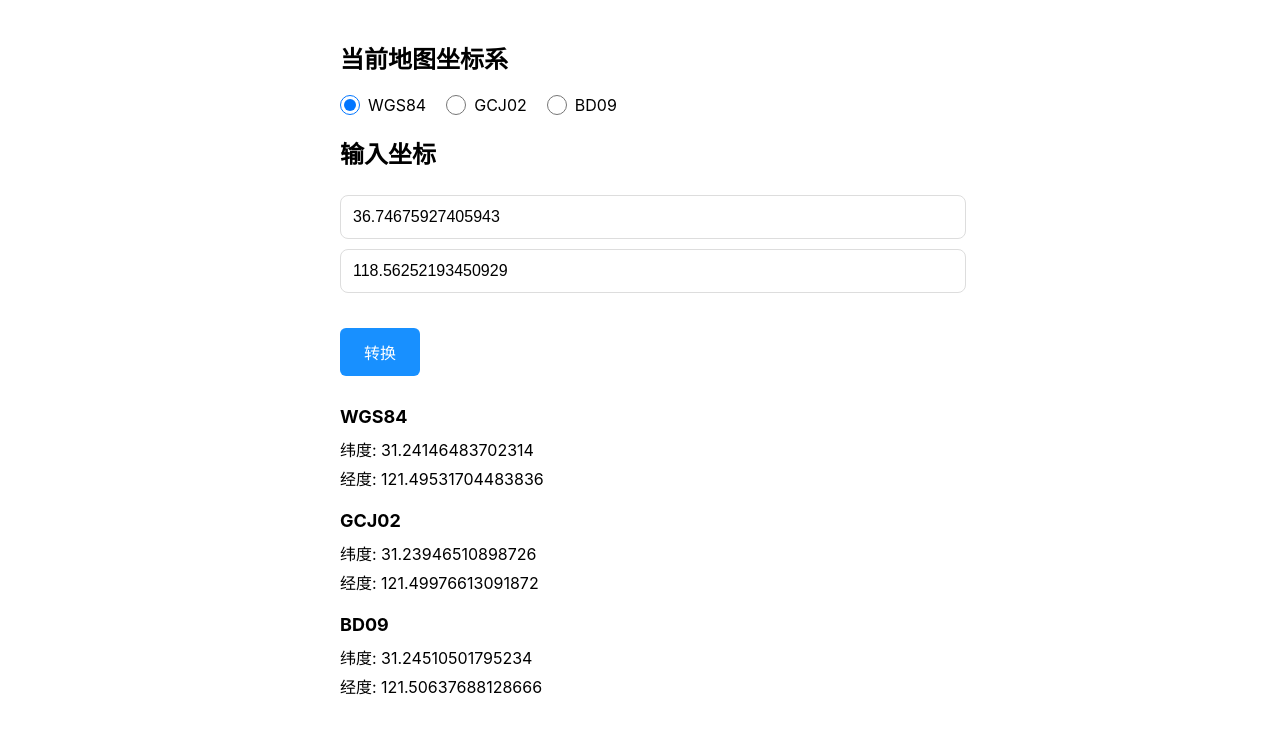
Repository: 1242128273wangpeng/MapTransformTools
Page: popup.html
The author's editor kept a copy of each file at every save. The page is drawn from the files as they stood at one save, then again after the next save.
The browser window is 1280 px wide. The pictures show the whole page.

Above is the page before, as saved 2025-01-19 15:02:26.

After the next save:
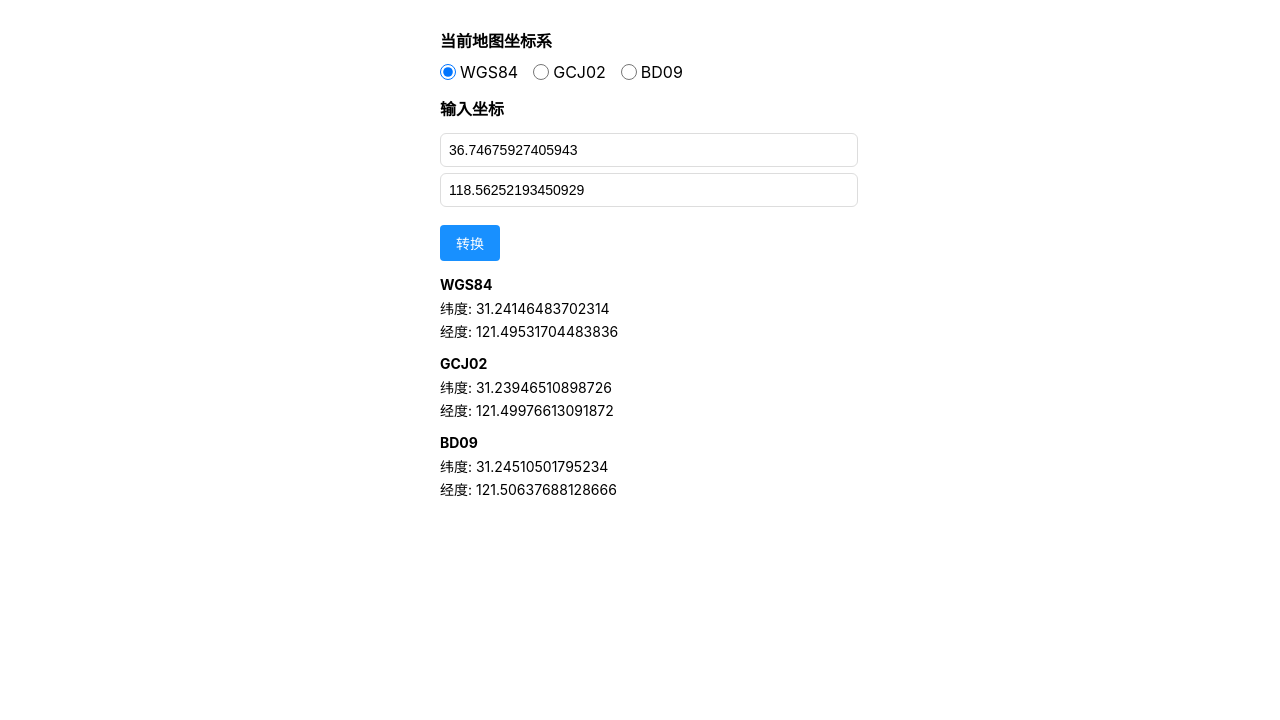
Saved 113 s later.
--- a/popup.html
+++ b/popup.html
@@ -5,44 +5,45 @@
     <style>
       body {
         font-family: -apple-system, BlinkMacSystemFont, 'Segoe UI', Roboto, Oxygen, Ubuntu, Cantarell, sans-serif;
-        padding: 20px;
-        max-width: 600px;
+        padding: 15px;
+        max-width: 400px;
         margin: 0 auto;
       }
 
       h2 {
-        margin-bottom: 20px;
+        margin-bottom: 10px;
         font-weight: bold;
+        font-size: 16px;
       }
 
       .input-section {
-        margin-bottom: 30px;
+        margin-bottom: 15px;
       }
 
       .coordinate-input {
         width: 100%;
-        padding: 12px;
-        margin: 5px 0;
+        padding: 8px;
+        margin: 3px 0;
         border: 1px solid #ddd;
-        border-radius: 8px;
-        font-size: 16px;
+        border-radius: 6px;
+        font-size: 14px;
       }
 
       .coordinate-types {
-        margin: 20px 0;
+        margin: 10px 0;
         display: flex;
-        gap: 20px;
+        gap: 15px;
       }
 
       .radio-group {
         display: flex;
         align-items: center;
-        gap: 8px;
+        gap: 4px;
       }
 
       .radio-group input[type="radio"] {
-        width: 20px;
-        height: 20px;
+        width: 16px;
+        height: 16px;
         margin: 0;
       }
 
@@ -50,28 +51,28 @@
         background-color: #1890ff;
         color: white;
         border: none;
-        padding: 12px 24px;
-        border-radius: 6px;
+        padding: 8px 16px;
+        border-radius: 4px;
         cursor: pointer;
-        font-size: 16px;
+        font-size: 14px;
       }
 
       .result-section {
-        margin-top: 30px;
+        margin-top: 15px;
       }
 
       .coordinate-system {
-        margin-bottom: 20px;
+        margin-bottom: 12px;
       }
 
       .coordinate-system h3 {
-        font-size: 18px;
-        margin-bottom: 10px;
+        font-size: 14px;
+        margin-bottom: 5px;
       }
 
       .coordinate-value {
-        margin: 5px 0;
-        font-size: 16px;
+        margin: 3px 0;
+        font-size: 14px;
       }
     </style>
   </head>
